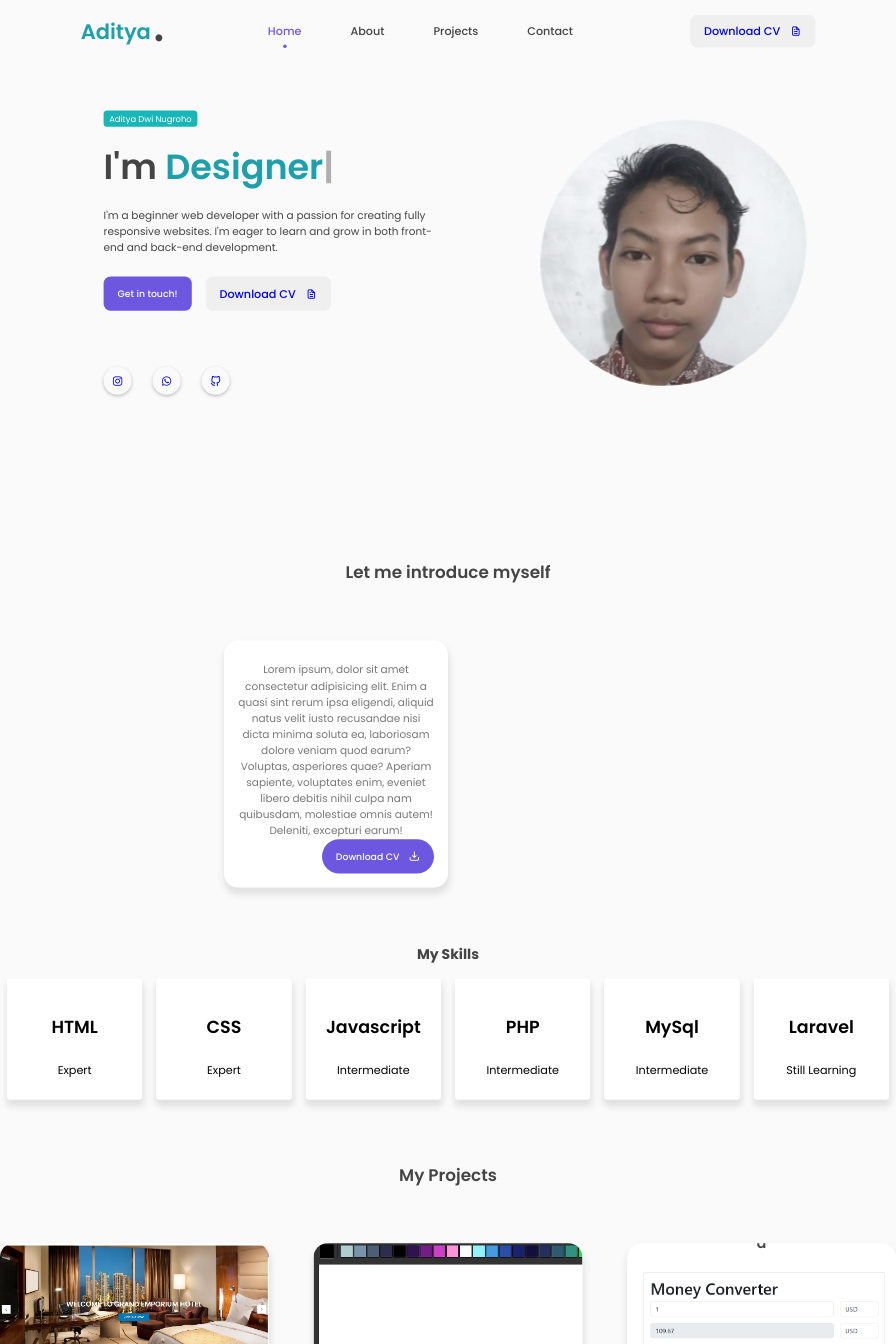
Repository: 4Kbrain/Portofolio
Page: index.html
These files come from the project's save history. The page is drawn as it stood at one moment and after the next save; the edit follows.
The browser window is 1280 px wide. The pictures show the part of the page from y = 0 to 1920 px (the page is 3123 px tall before and 3790 px after), at 70% of full size.

Above is the page before, as saved 2024-05-15 19:14:14.
Console error: ReferenceError: ScrollReveal is not defined

After the next save:
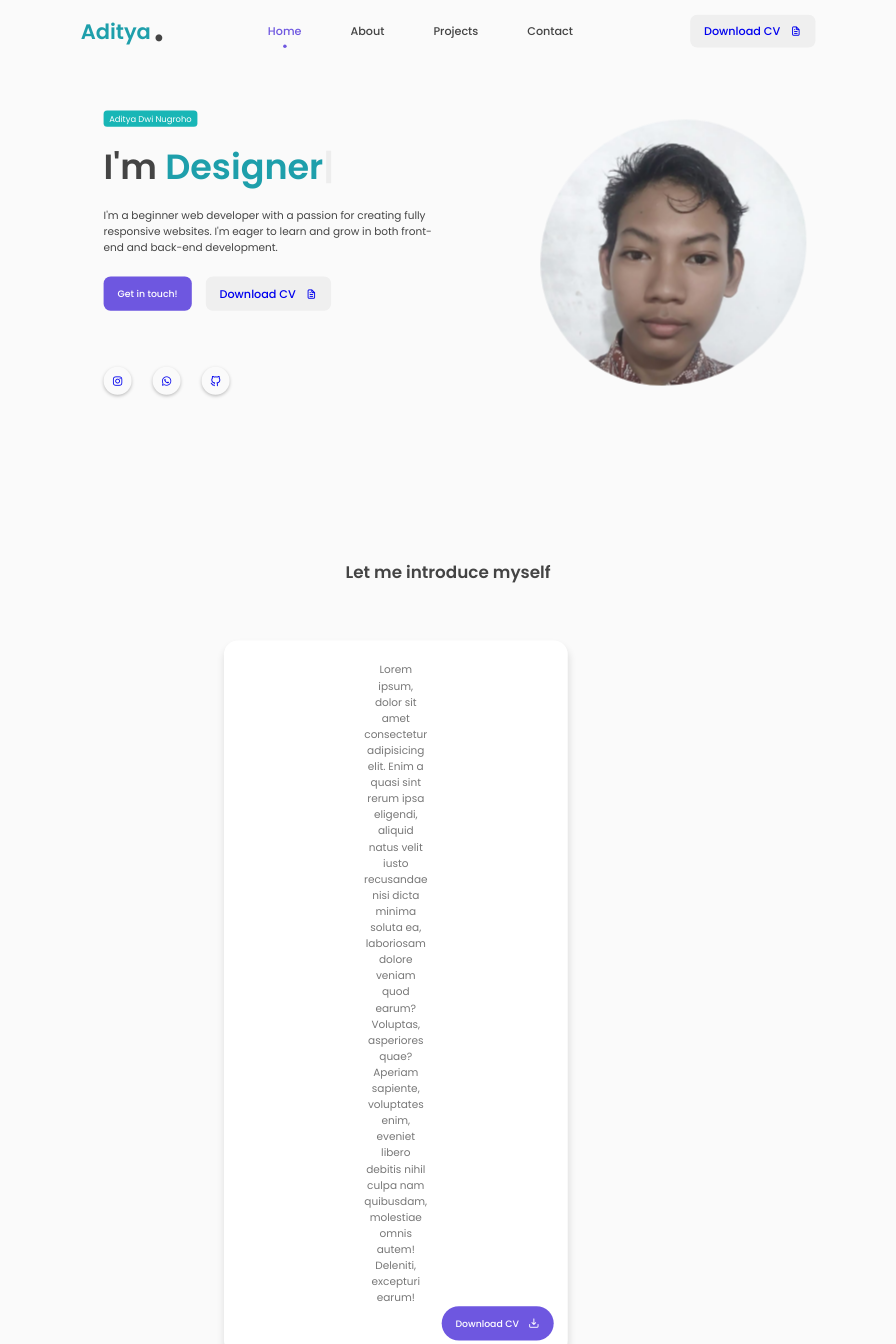
Saved 18 s later.
--- a/assets/css/style.css
+++ b/assets/css/style.css
@@ -311,7 +311,7 @@ h3{
     margin-left: 50%;
     flex-direction: column;
     padding-block: 30px 70px;
-    padding-inline: 20px;
+    padding-inline: 200px;
     width: 100%;
     background: var(--color-white);
     box-shadow: 1px 8px 10px 2px var(--first-shadow-color);
